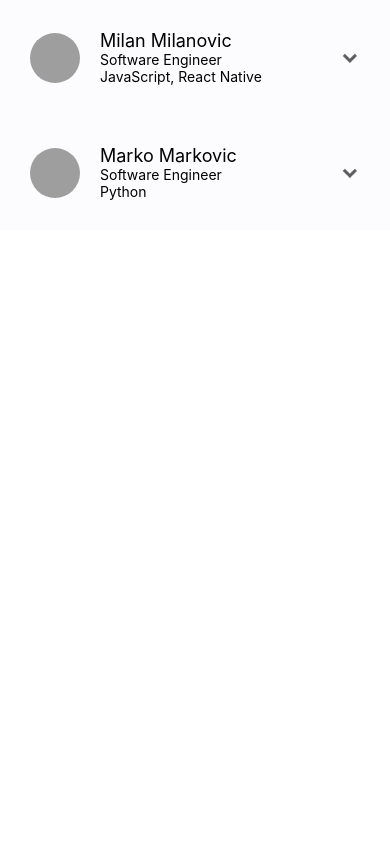
Repository: likanbl/intern-feature
Screen: /
An editor plug-in stored every save of this project. The screen is shown before and after a run of saves, followed by the edit.
Pictures or frames that could not be fetched are drawn as grey boxes. The app was drawn by React Native's web renderer in a window 390 px wide. The project was rebuilt for these pictures with package versions that can differ from the ones it lists, and the page was loaded fresh each time.

Above is the screen before, as saved 2019-09-16 09:54:20.

After the next 2 saves:
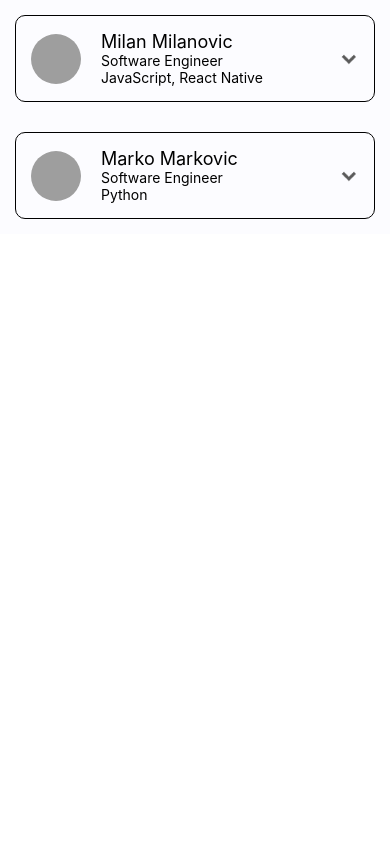
The 2 saves are shown as one change because they came seconds apart.
The last was saved 59 s later.
--- a/src/components/home/styles.js
+++ b/src/components/home/styles.js
@@ -10,7 +10,8 @@
     flex: 1,
     flexDirection: 'column',
     elevation: 1,
-    borderRadius: 1,
+    borderRadius: 10,
+    borderWidth: 1,
     padding: 15,
   },
   avatarContainer: {

After the save that followed:
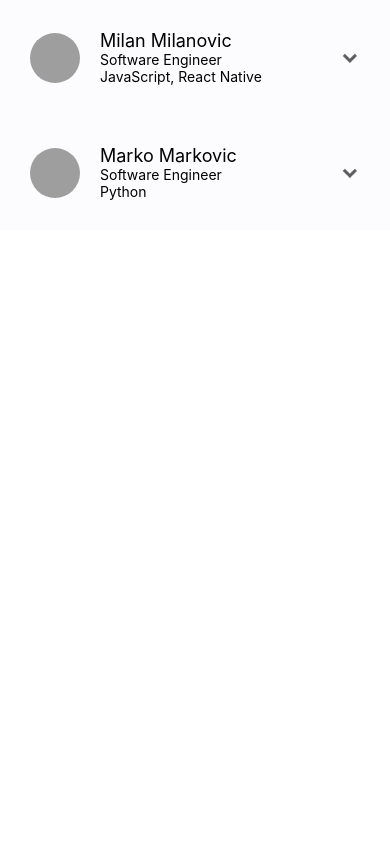
Saved 11 s later.
--- a/src/components/home/styles.js
+++ b/src/components/home/styles.js
@@ -11,7 +11,7 @@
     flexDirection: 'column',
     elevation: 1,
     borderRadius: 10,
-    borderWidth: 1,
+
     padding: 15,
   },
   avatarContainer: {
